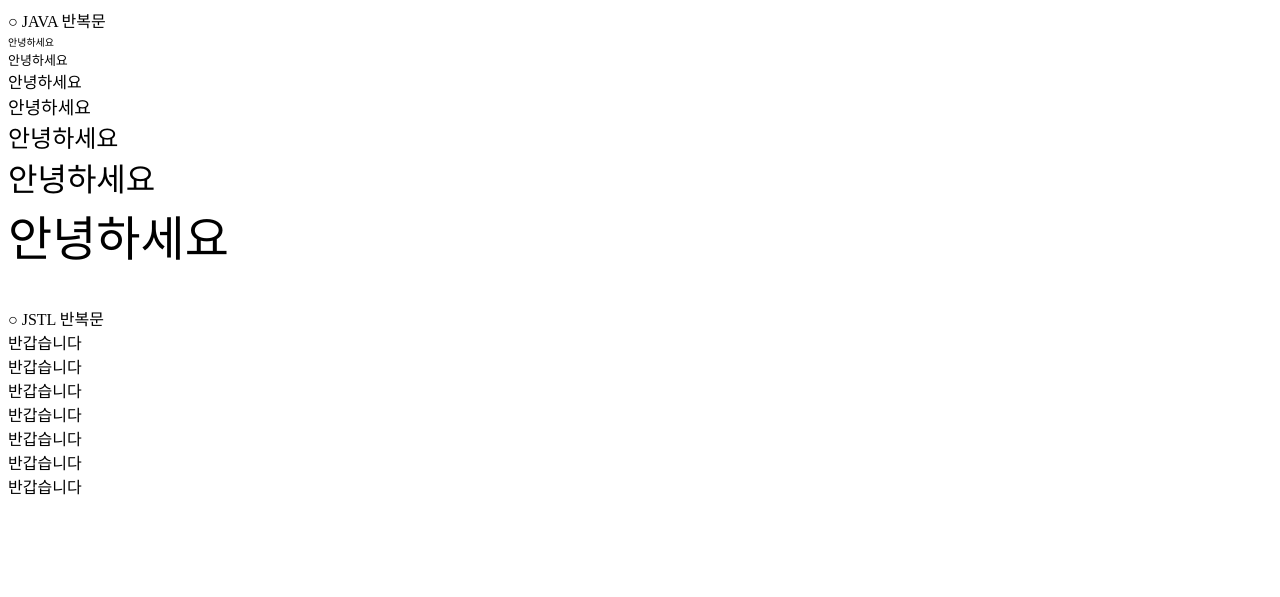
Repository: youngmoon525/Jsp_Servlet
Page: http://localhost/03.JSP/jsp34.jsp
The author's editor kept a copy of each file at every save. The page is drawn from the files as they stood at one save, then again after the next save.
The browser window is 1280 px wide. The pictures show the whole page.
The page is served by Tomcat 9. Other server files are loaded and not shown.

Above is the page before, as saved 2021-09-09 01:01:53.

### workspace/03.JSP/WebContent/jsp34.jsp
<%@ page language="java" contentType="text/html; charset=UTF-8" pageEncoding="UTF-8"%>
<%@ taglib prefix="c" uri="http://java.sun.com/jsp/jstl/core" %>
<!DOCTYPE html>
<html>
<head>
<meta charset="UTF-8">
<title>JSP34</title>
</head>
<body>
<%--
○ JAVA 반복문 : for, while, do_while
○ JSTL 반복문 : <c:forEach ~~>실행문</c:forEach>
	▶ <c:forEach var="반복변수명" begin="초기값" end="최종값" step="증감값">실행문</c:forEach>
--%>
○ JAVA 반복문<br/>
<%
for(int i = 1; i <= 7; i++){
	out.println("<font size='"+ i +"'>안녕하세요</font><br/>");
}
%>
<br/><br/>

○ JSTL 반복문<br/>
<c:forEach var="i" begin="1" end="7" step="1">
	반갑습니다<br/>
</c:forEach>
</body>
</html>

After the next save:
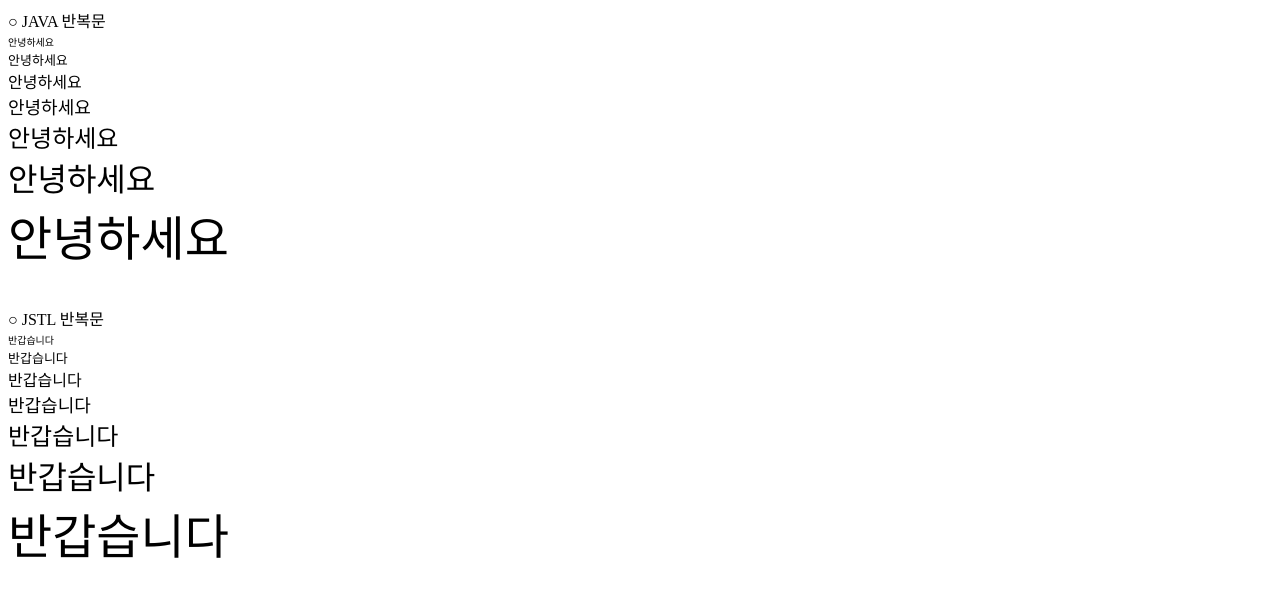
Saved 90 s later.
--- a/workspace/03.JSP/WebContent/jsp34.jsp
+++ b/workspace/03.JSP/WebContent/jsp34.jsp
@@ -22,7 +22,7 @@ for(int i = 1; i <= 7; i++){
 
 ○ JSTL 반복문<br/>
 <c:forEach var="i" begin="1" end="7" step="1">
-	반갑습니다<br/>
+	<font size="${i}">반갑습니다</font><br/>
 </c:forEach>
 </body>
 </html>
